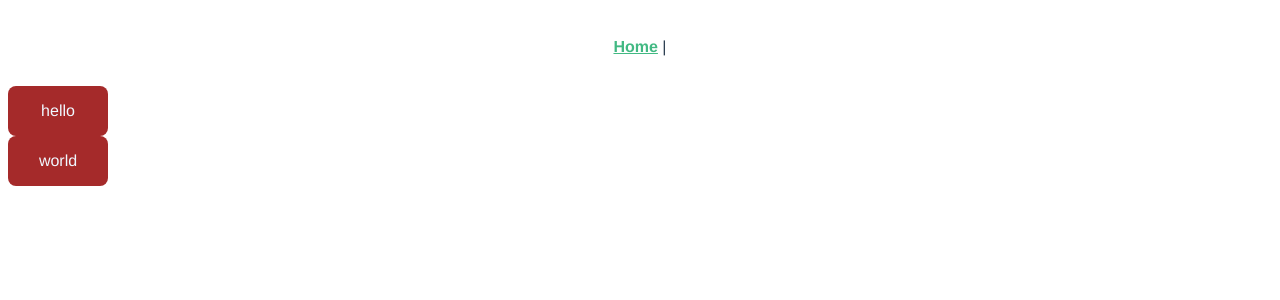
Repository: bigkrys/vue3-xmind
Page: /
These files come from the project's save history. The page is drawn as it stood at one moment and after the next save; the edit follows.
The browser window is 1280 px wide. The pictures show the whole page.
The project was rebuilt for these pictures with package versions that can differ from the ones it lists, and the page was loaded fresh each time. Also part of the build but not shown: vue.config.js.

Above is the page before, as saved 2021-09-07 14:49:05.
Console error: TypeError: Cannot set properties of null (setting '__draggable_context')

After the next save:
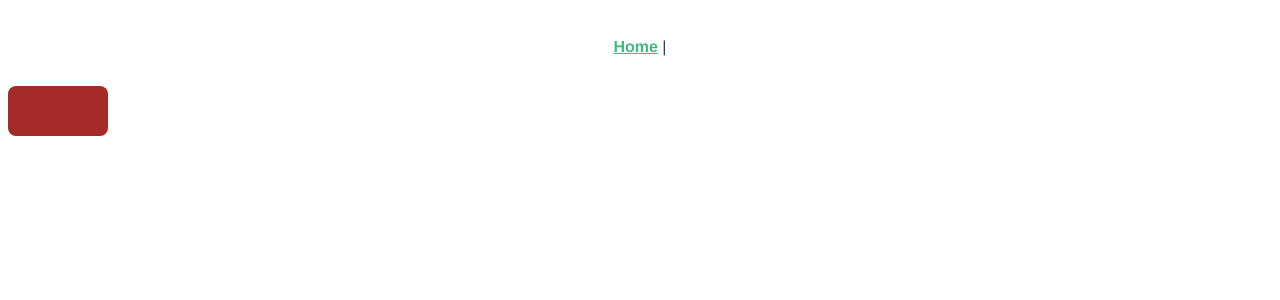
The error is gone.
Saved 72 min 50 s later.
--- a/src/components/dragWrap.vue
+++ b/src/components/dragWrap.vue
@@ -1,15 +1,11 @@
 <template>
   <div class="hello">
-    <draggable v-model="myArray" tag="transition-group" item-key="id">
-      <template #item="{element}">
-        <centralBox :msg="element.name"></centralBox>
-      </template>
-    </draggable>
+   <centralBox :msg="krysliang"></centralBox>
   </div>
 </template>
 <script lang="ts">
 import { defineComponent } from 'vue';
-import draggable from 'vuedraggable';
+// import draggable from 'vuedraggable';
 import centralBox from './centralBox.vue';
 
 export default defineComponent({
@@ -18,7 +14,7 @@
     msg: String,
   },
   components: {
-    draggable,
+    // draggable,
     centralBox,
   },
   data() {
